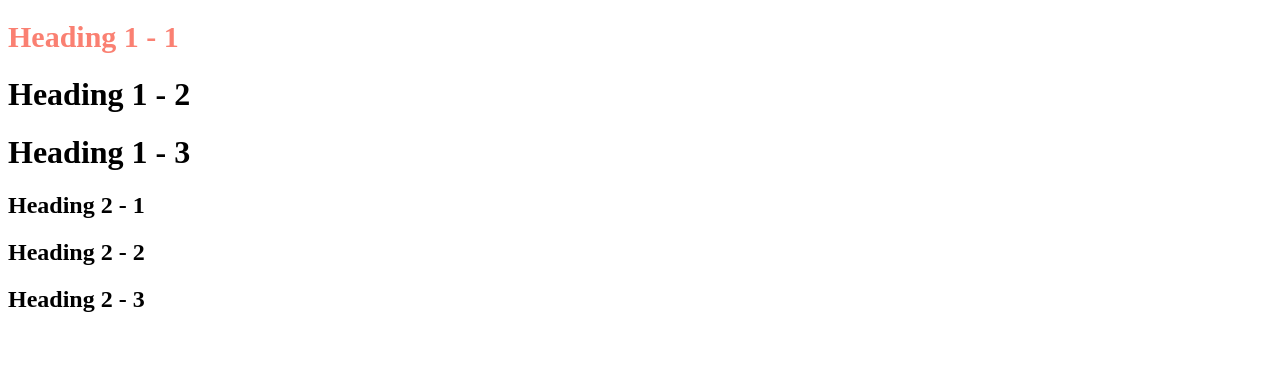
Repository: alcarrizo/Cartoon-Hero
Page: style-test.html
An editor plug-in stored every save of this project. The page is shown before and after the next save, followed by the edit.
The browser window is 1280 px wide. The pictures show the whole page.

Above is the page before, as saved 2022-10-03 14:12:14.

After the next save:
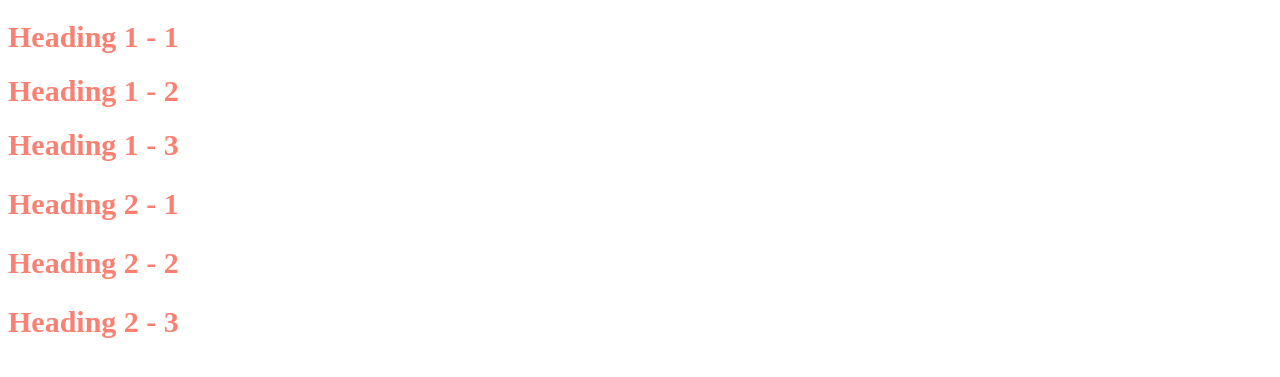
Saved 33 s later.
--- a/style-test.html
+++ b/style-test.html
@@ -8,11 +8,11 @@
 </head>
 <body>
     <h1 style="font-size: 30px; color: salmon">Heading 1 - 1</h1>
-    <h1>Heading 1 - 2</h1>
-    <h1>Heading 1 - 3</h1>
-    <h2>Heading 2 - 1</h2>
-    <h2>Heading 2 - 2</h2>
-    <h2>Heading 2 - 3</h2>
+    <h1 style="font-size: 30px; color: salmon">Heading 1 - 2</h1>
+    <h1 style="font-size: 30px; color: salmon">Heading 1 - 3</h1>
+    <h2 style="font-size: 30px; color: salmon">Heading 2 - 1</h2>
+    <h2 style="font-size: 30px; color: salmon">Heading 2 - 2</h2>
+    <h2 style="font-size: 30px; color: salmon">Heading 2 - 3</h2>
 
 </body>
 </html>
